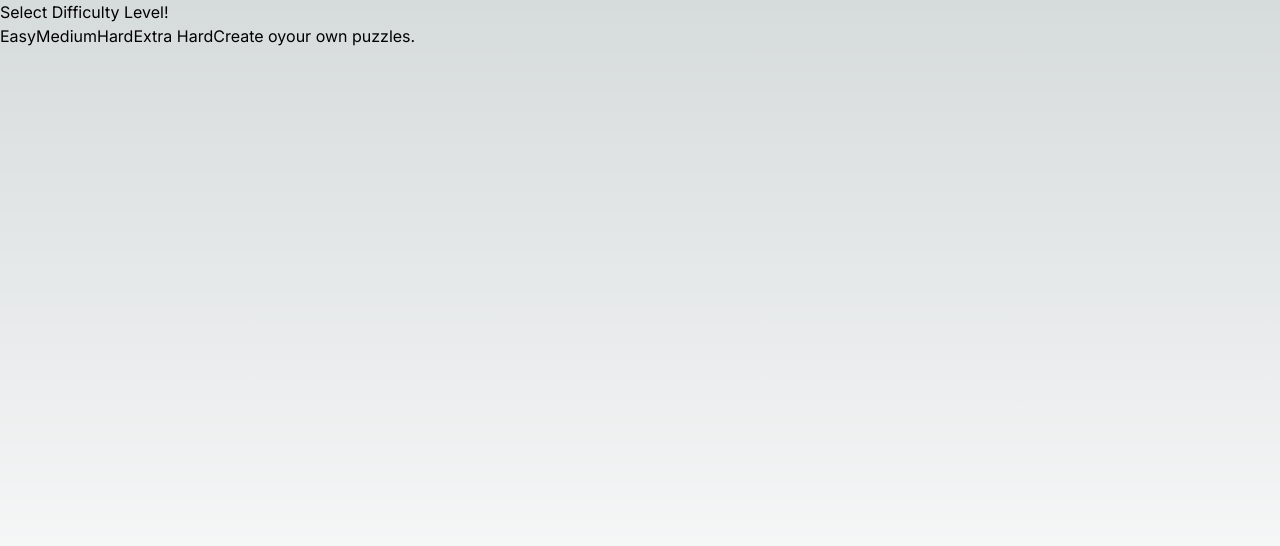
Repository: badhon252/sudoku
Page: /level
An editor plug-in stored every save of this project. The page is shown before and after the next save, followed by the edit.
The browser window is 1280 px wide. The pictures show the whole page.
The project was rebuilt for these pictures with package versions that can differ from the ones it lists, and the page was loaded fresh each time. The framework's server and built-in components were replaced by stand-ins that run in the browser. Also part of the build but not shown: next.config.js.

Above is the page before, as saved 2023-06-04 21:47:21.

### app/level/page.tsx
import React from 'react'

export default function Level() {
  return (
    <div className='min-h-screen'>
        <h1>Select Difficulty Level! </h1>
        <button>Easy</button>
        <button>Medium</button>
        <button>Hard</button>
        <button>Extra Hard</button>

        <button>Create oyour own puzzles.</button>
    </div>
  )
}

Loaded but not shown: app/layout.tsx (common file); app/globals.css (common file); tailwind.config.js (common file)

After the next save:
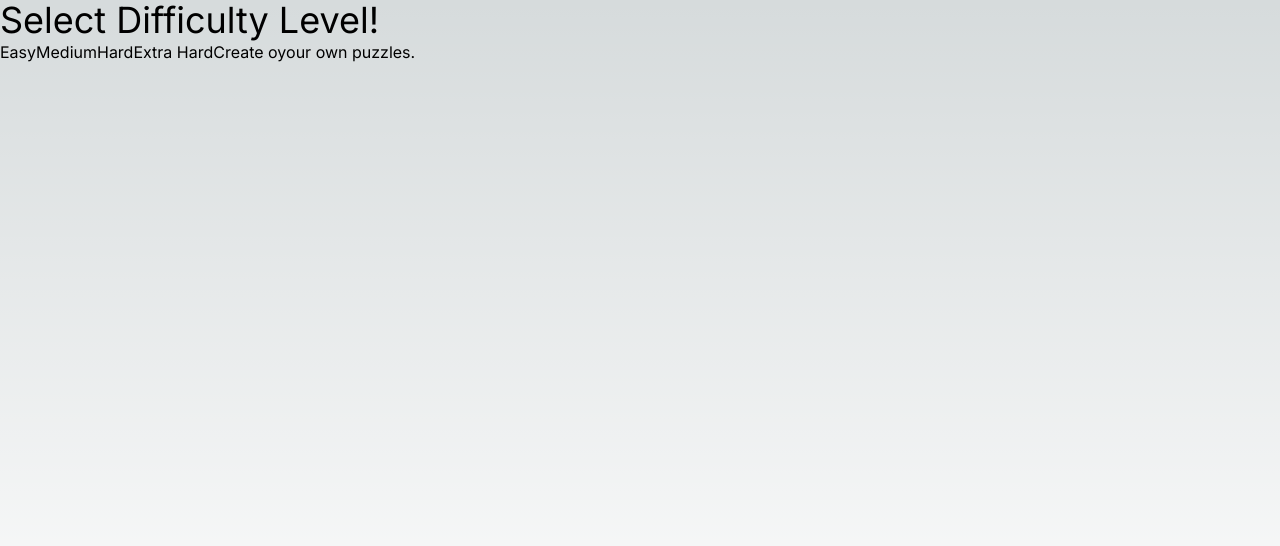
Saved 26 s later.
--- a/app/level/page.tsx
+++ b/app/level/page.tsx
@@ -3,7 +3,7 @@ import React from 'react'
 export default function Level() {
   return (
     <div className='min-h-screen'>
-        <h1>Select Difficulty Level! </h1>
+        <h1 className='text-4xl'>Select Difficulty Level! </h1>
         <button>Easy</button>
         <button>Medium</button>
         <button>Hard</button>
